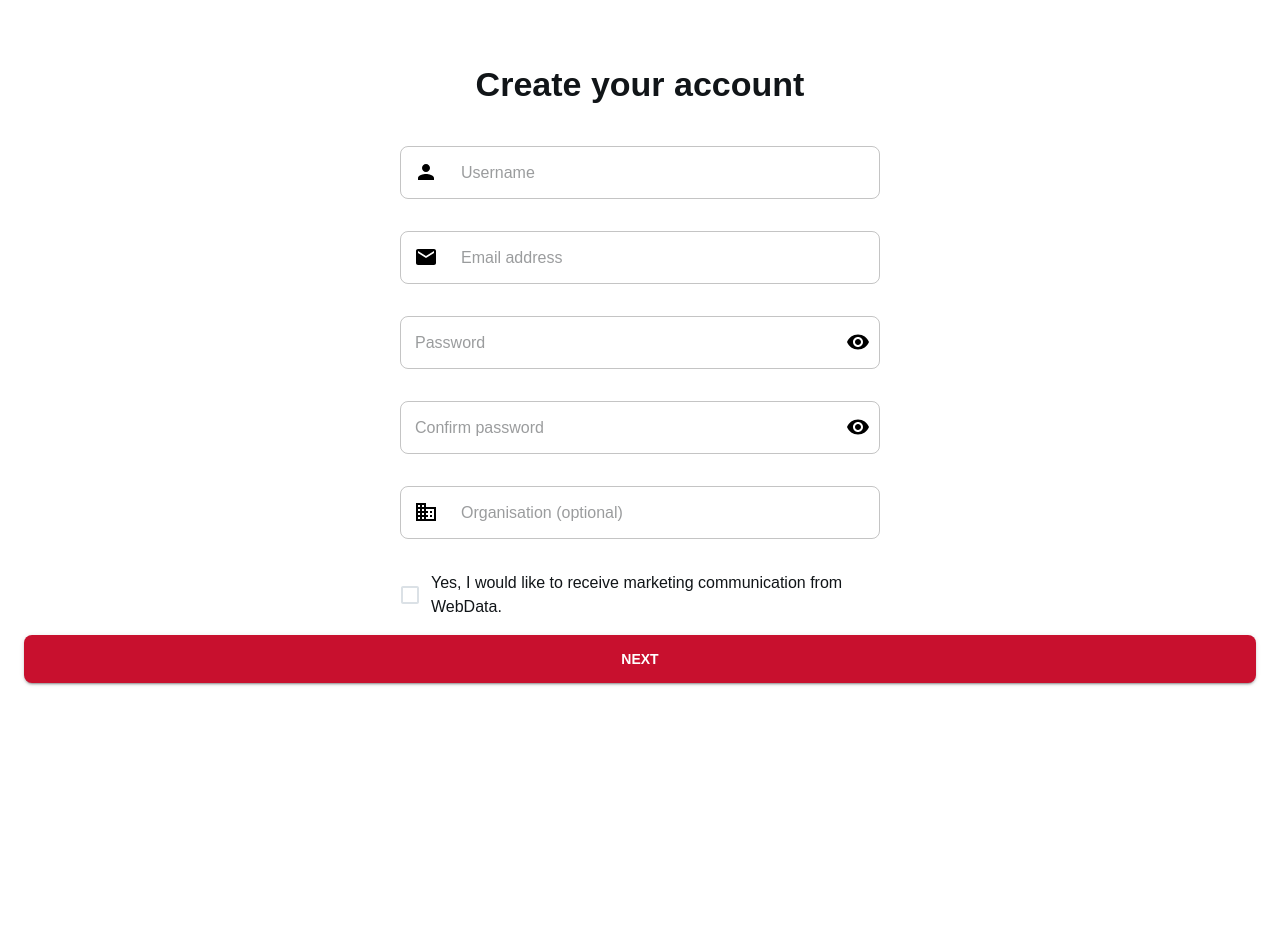
Repository: Pascal-Ahmadu/Tender-download-system
Page: /register (app in frontend/)
An editor plug-in stored every save of this project. The page is shown before and after the next save, followed by the edit.
The browser window is 1280 px wide. The pictures show the whole page.
The page's requests for data from a server got no answer. Some web fonts or font styles are not loaded; a fallback is used. The project was rebuilt for these pictures with package versions that can differ from the ones it lists, and the page was loaded fresh each time. No one was signed in, and anything a server would have sent is missing. Also part of the build but not shown: frontend/vite.config.js, frontend/src/components/pages/LoginPage.jsx.

Above is the page before, as saved 2024-07-31 08:37:27.

After the next save:
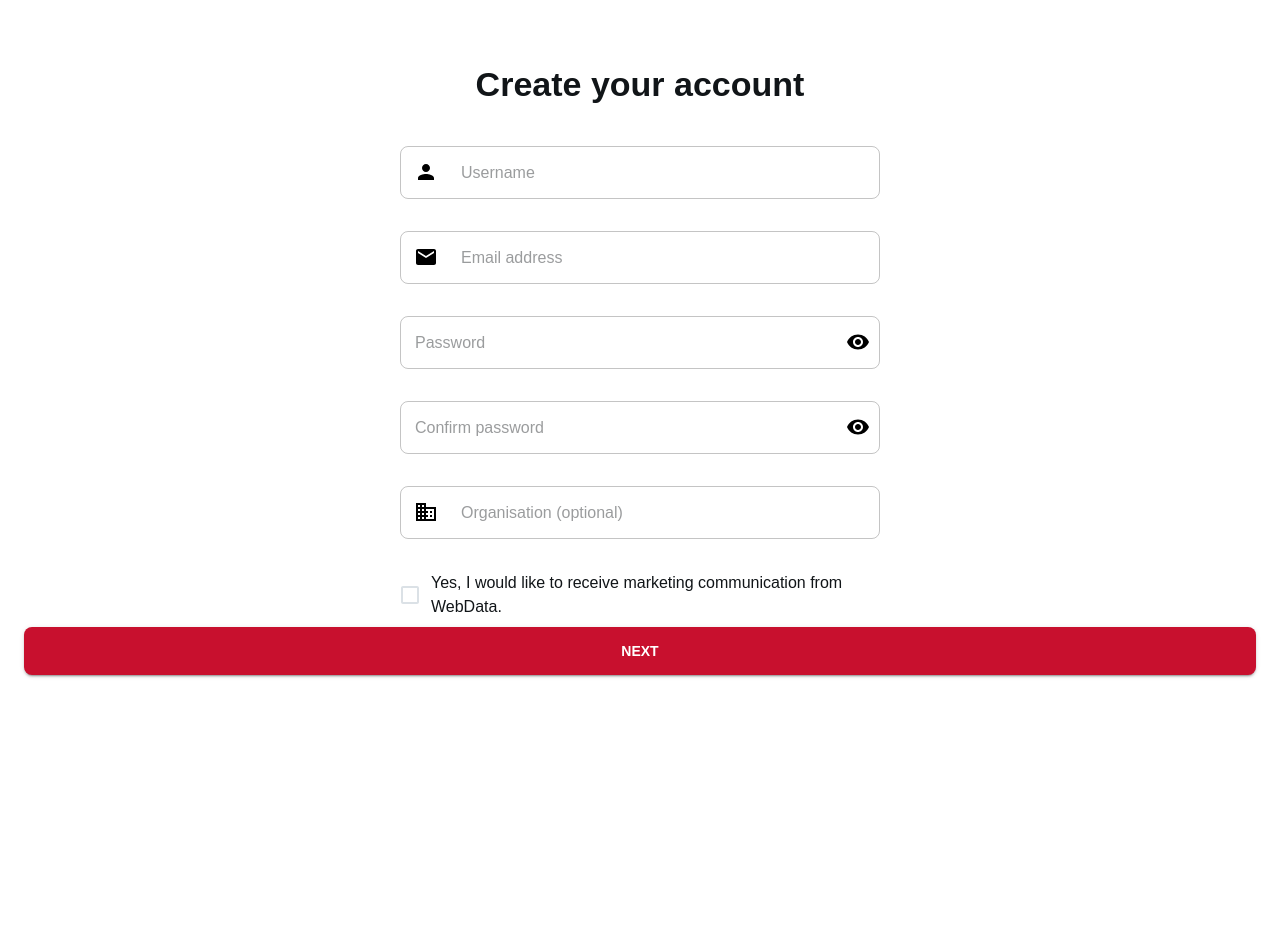
Saved 24 s later.
--- a/frontend/src/components/pages/RegistrationPage.jsx
+++ b/frontend/src/components/pages/RegistrationPage.jsx
@@ -372,7 +372,7 @@ function SignupForm() {
             fontWeight: "bold",
             borderRadius: 2,
             py: 1.5, // Adjust vertical padding for height
-            mt: -4, // Reduced margin top for spacing
+            mt: -5, // Reduced margin top for spacing
             mb: 30,
             width: "100%", // Ensure button width is 100% of container width
             boxSizing: "border-box", // Ensure padding is included in width
